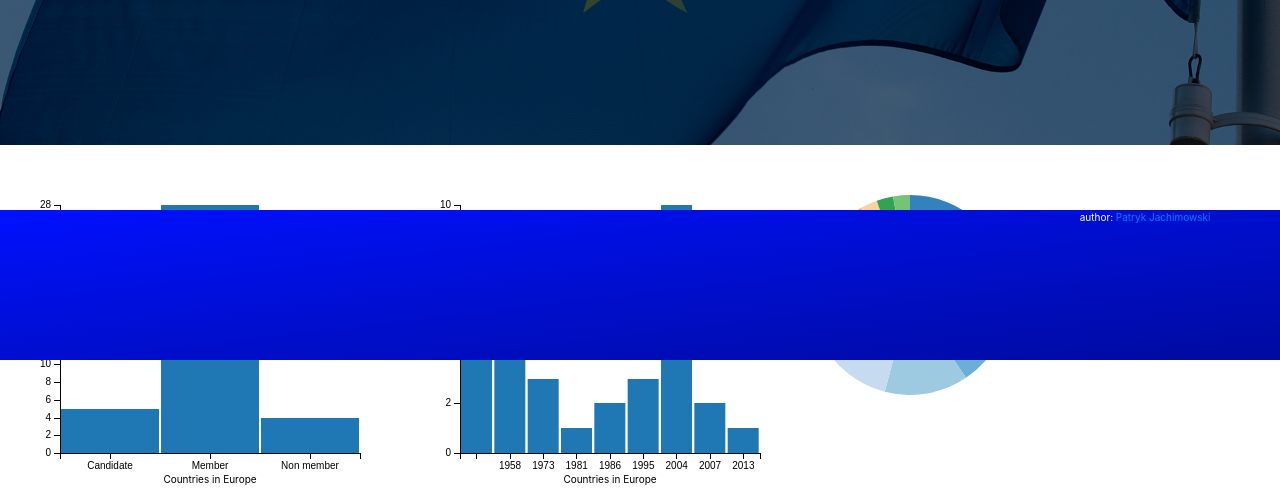
Repository: pjachimowski/renewable
Page: index.html
The author's editor kept a record of every edit. The page is drawn from the files as they stood at one moment, then again after the next edit.
The browser window is 1280 px wide. The pictures show the part of the page from y = 625 to 1120 px (the page is 1120 px tall).
Backgrounds fixed to the window are drawn as part of the page. Some web fonts or font styles are not loaded; a fallback is used. Some web libraries are served in a nearby version.

Above is the page before.

### index.html
<!DOCTYPE html>
<html lang="en">

<head>
    <meta charset="UTF-8">
    <meta name="viewport" content="width=device-width, initial-scale=1.0">
    <meta http-equiv="X-UA-Compatible" content="ie=edge">

    <title>EU Stats</title>

    <link rel="stylesheet" href="static/css/style.css" type="text/css" />
    <link rel="stylesheet" href="static/css/dc.min.css" type="text/css" />
    <link rel="stylesheet" href="static/css/bootstrap.min.css" type="text/css" />
    <link rel="stylesheet" href="https://maxcdn.bootstrapcdn.com/bootstrap/4.1.3/css/bootstrap.min.css">
    <link rel="stylesheet" href="https://use.fontawesome.com/releases/v5.6.1/css/all.css" integrity="sha384-gfdkjb5BdAXd+lj+gudLWI+BXq4IuLW5IT+brZEZsLFm++aCMlF1V92rMkPaX4PP" crossorigin="anonymous">
    <link href="https://fonts.googleapis.com/css?family=Akronim|Raleway" rel="stylesheet">


    <script type="text/javascript" src="static/js/d3.min.js"></script>
    <script type="text/javascript" src="static/js/crossfilter.min.js"></script>
    <script type="text/javascript" src="static/js/dc.min.js"></script>
    <script type="text/javascript" src="static/js/queue.min.js"></script>
    <script type="text/javascript" src="static/js/graphs2.js"></script>
</head>

<body>

    <!-- navbar --------------------------------------------------------------------------------------------->

    <nav class="mynavbar navbar-expand-sm">
        <div>
            <a href="../index.html">
                <p class="fas fa-home home"></p>
            </a>
        </div>
    </nav>

    <!-- callout --------------------------------------------------------------------------------------------->

    <section class="container-callout container-fluid">
        <div class="opaque-overlay">&nbsp;</div>
        <div class="row">
            <div class="col-12 text-center">
                <div>
                    <h1 class="title1">Introduction to European Union</h1>
                </div>
                <div>
                    <p class="title2">The European Union is a unique economic and political union between twenty-eight countries.
                    </p>
                    <p class="title3">Let's start with the video:</p>
                    <iframe width="560" height="315" src="https://www.youtube.com/embed/9eufLQ3sew0" frameborder="0" allow="accelerometer; autoplay; encrypted-media; gyroscope; picture-in-picture" allowfullscreen></iframe>
                </div>
            </div>
        </div>

    </section>
    <section>
        <div class="chart1">
            <div id="members_balance"></div>
        </div>
        <div class="chart1">
        <div id="year_accession"></div>
        </div>
        <div class="chart1">
        <div id="council_votes"></div>
        </div>
        <div id="parliament-seats"></div>
        </div>
    </section>
    <br/>
    <div class="footer">
        <p>author: <a href="https://github.com/pjachimowski">Patryk Jachimowski</a></p>
    </div>
</body>
</html>

### static/css/style.css
html,
body {
    overflow-x: hidden;
}

body {
    font-family: "Railway", sans-serif;
}

/*------- navbar ---------------*/

.home {
    color: white;
    font-size: large;
    margin: 15px 15px 15px 15px;
}

.mynavbar {
    background-image: linear-gradient(to bottom right, #000B9F, #0011FF);
    position: relative;
    min-height: 50px;
    margin-bottom: 0px;

}

/*------- callout -----------*/

.container-callout {
    height: 100vh;
    background: url("../../assets/background1.jpg") no-repeat bottom right fixed;
    -webkit-background-size: cover;
    -moz-background-size: cover;
    -o-background-size: cover;
    background-size: cover;
    display: flex;
    align-items: center;
    justify-content: center;
    position: relative;
    margin-bottom: 50px;
}

.opaque-overlay {
    position: absolute;
    top: 0;
    left: 0;
    height: 100%;
    width: 100%;
    background-color: rgba(0, 0, 0, 0.5);
}

.title1 {
    color: white;
    text-transform: uppercase;

}

.title2 {
    font-size: medium;
    text-transform: uppercase;
    margin: 10px 50px 15px 50px;
    display: block;
    color: white;
}

.title3 {
    font-size: medium;
    font-style: italic;
    margin: 10px 50px 15px 50px;
    display: block;
    color: white;
}
/*---------- intro ----------*/

.container-callout-2 {
    height: 70vh;
    background: no-repeat bottom right fixed;
    -webkit-background-size: cover;
    -moz-background-size: cover;
    -o-background-size: cover;
    background-size: cover;
    display: flex;
    align-items: center;
    justify-content: center;
    position: relative;
}




/* ----------- charts cointainers --------*/

.chart1 {
    display: block;
    margin: 15px 10px 25px 10px;
}




/* ---------- footer ---------*/

.footer {
    background-image: linear-gradient(to bottom right, #0011FF, #000B9F);
    min-height: 150px;
    width: 100%;
    color: white;
    text-align: center;
    position: relative;
}

### static/js/graphs2.js
queue()
    .defer(d3.csv, "data/states.csv")
    .await(makeGraphs);

function makeGraphs(error, statesData) {
    var ndx = crossfilter(statesData);

    show_members_balance(ndx);
    show_year_accession(ndx);

    // pie charts

    show_council_votes(ndx);
    // show_parliament_seats(ndx);

    dc.renderAll();
}

/* ------ show_members_balance --------*/

function show_members_balance(ndx) {
    var dim = ndx.dimension(dc.pluck('European_Union'));
    var group = dim.group();

    dc.barChart("#members_balance")
        .width(400)
        .height(300)
        .margins({ top: 10, right: 50, bottom: 30, left: 50 })
        .dimension(dim)
        .group(group)
        .transitionDuration(500)
        .x(d3.scale.ordinal())
        .xUnits(dc.units.ordinal)
        .elasticY(true)
        .xAxisLabel("Countries in Europe")
        .yAxis().ticks(20);
}

/* ------ show_year_accession --------*/

function show_year_accession(ndx) {
    var dim = ndx.dimension(dc.pluck('Accession_Year'));
    var group = dim.group();

    dc.barChart("#year_accession")
        .width(400)
        .height(300)
        .margins({ top: 10, right: 50, bottom: 30, left: 50 })
        .dimension(dim)
        .group(group)
        .transitionDuration(500)
        .x(d3.scale.ordinal())
        .xUnits(dc.units.ordinal)
        .elasticY(true)
        .xAxisLabel("Countries in Europe")
        .yAxis().ticks(5);
}

/* ----- show_council_votes ------------*/

function show_council_votes(ndx) {
    var dim = ndx.dimension(dc.pluck('council_votes'));
    var group = dim.group();

    dc.pieChart("#council_votes")
        .width(200)
        .height(200)
        .slicesCap(37)
        .innerRadius(10)
        .dimension(dim)
        .group(group)
        .renderLabel(true);
}





/*

var pieChart = dc.pieChart('#council_votes');
// d3.csv("data/.csv", function(errors, people) {
// console.log(people);
// var mycrossfilter = crossfilter(people);

var councilDimension = mycrossfilter.dimension(function(data) {
    return data.council_votes;
});
var councilGroup = councilDimension.group().reduceCount();

pieChart
    .width(800)
    .height(300)
    .dimension(councilDimension)
    .group(councilGroup)
    .on('renderlet', function(chart) {
        chart.selectAll('rect').on('click', function(d) {
            console.log('click!', d);
        });
    });


*/
/* ----- show_parliament_seats ------------*/

Loaded but not shown: static/css/dc.min.css (library); static/css/bootstrap.min.css (library); static/js/d3.min.js (library); static/js/crossfilter.min.js (library); static/js/dc.min.js (library); static/js/queue.min.js (common file)

After the next edit:
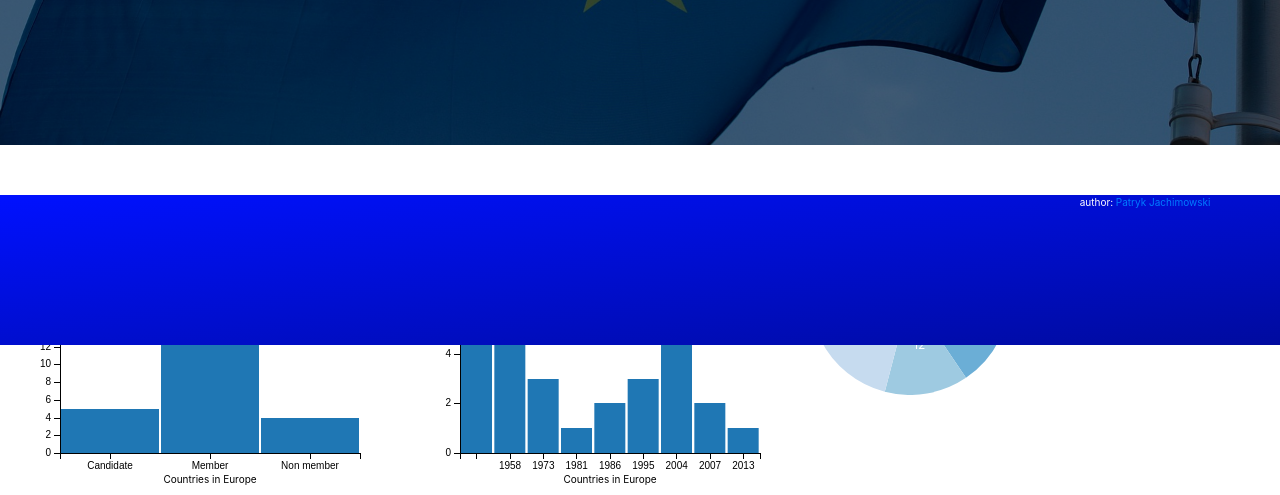
The edit:
--- a/index.html
+++ b/index.html
@@ -67,7 +67,7 @@
         <div id="parliament-seats"></div>
         </div>
     </section>
-    <br/>
+    <footer class="">
     <div class="footer">
         <p>author: <a href="https://github.com/pjachimowski">Patryk Jachimowski</a></p>
     </div>
